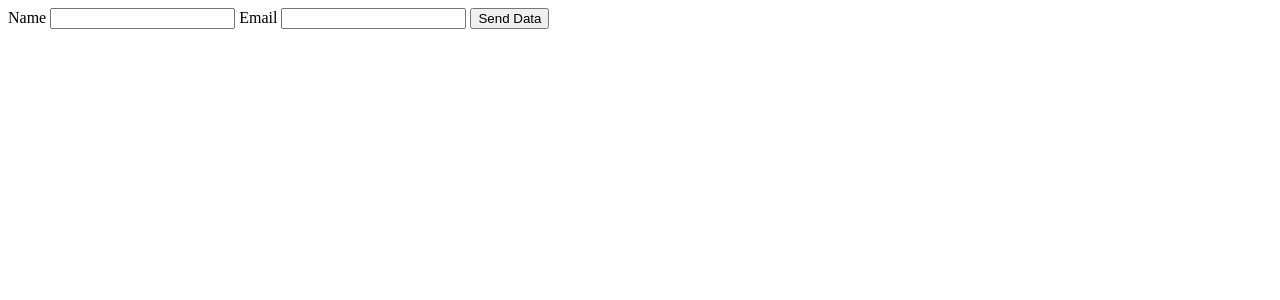
Repository: NagepalliHaasan21/MyProjects
Page: http://localhost/SecureData/
An editor plug-in stored every save of this project. The page is shown before and after the next save, followed by the edit.
The browser window is 1280 px wide. The pictures show the whole page.
The page is served by Tomcat 10.

Above is the page before, as saved 2024-12-04 14:31:55.

After the next save:
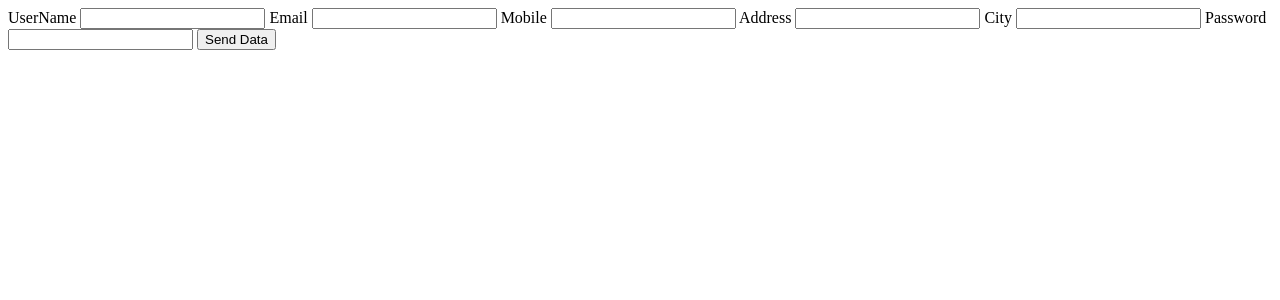
Saved 3 min 50 s later.
--- a/eclipse-workspace/SecureData/src/main/webapp/index.jsp
+++ b/eclipse-workspace/SecureData/src/main/webapp/index.jsp
@@ -8,8 +8,12 @@
 </head>
 <body>
 	<form action="CollectData" method="post">
-		Name <input type="text" name="name">
+		UserName <input type="text" name="name">
 		Email <input type="text" name="email">
+		Mobile <input type="text" name="email">
+		Address <input type="text" name="email">
+		City <input type="text" name="email">
+		Password <input type="text" name="email">
 		<input type="submit" value="Send Data">
 	</form>
 </body>
